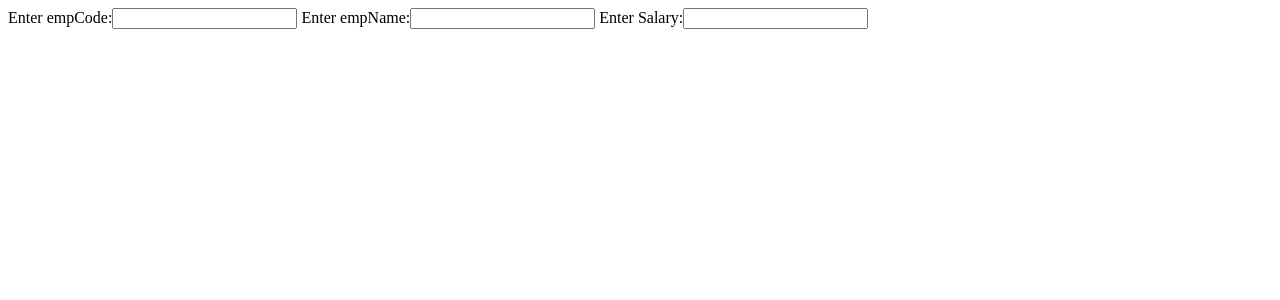
Repository: SravyaChunduri/workspace
Page: http://localhost/DAY15_DAO_/AddEmployee.jsp
The author's editor kept a copy of each file at every save. The page is drawn from the files as they stood at one save, then again after the next save.
The browser window is 1280 px wide. The pictures show the whole page.
The page is served by Tomcat 9. Other server files are loaded and not shown.

Above is the page before, as saved 2015-08-11 05:55:28.

### DAY15(DAO)/WebContent/AddEmployee.jsp
<%@ page language="java" contentType="text/html; charset=ISO-8859-1"
    pageEncoding="ISO-8859-1"%>
<!DOCTYPE html PUBLIC "-//W3C//DTD HTML 4.01 Transitional//EN" "http://www.w3.org/TR/html4/loose.dtd">
<html>
<head>
<meta http-equiv="Content-Type" content="text/html; charset=ISO-8859-1">
<title>Insert title here</title>
</head>
<body>
<form action="AddEmployee">
Enter empCode:<input type="text" name="empCode">
Enter empName:<input type="text" name="empName">
Enter Salary:<input type="text" name="salary">


</form>

</body>
</html>

After the next save:
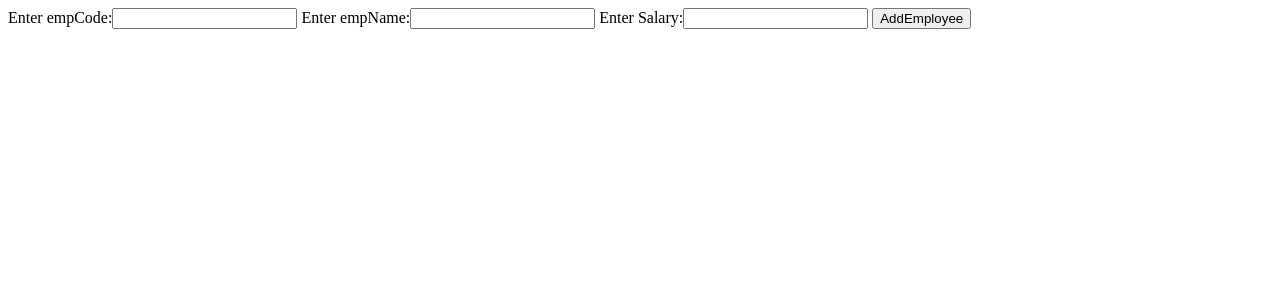
Saved 21 s later.
--- a/DAY15(DAO)/WebContent/AddEmployee.jsp
+++ b/DAY15(DAO)/WebContent/AddEmployee.jsp
@@ -11,7 +11,7 @@
 Enter empCode:<input type="text" name="empCode">
 Enter empName:<input type="text" name="empName">
 Enter Salary:<input type="text" name="salary">
-
+<input type="submit" value="AddEmployee">
 
 </form>
 
